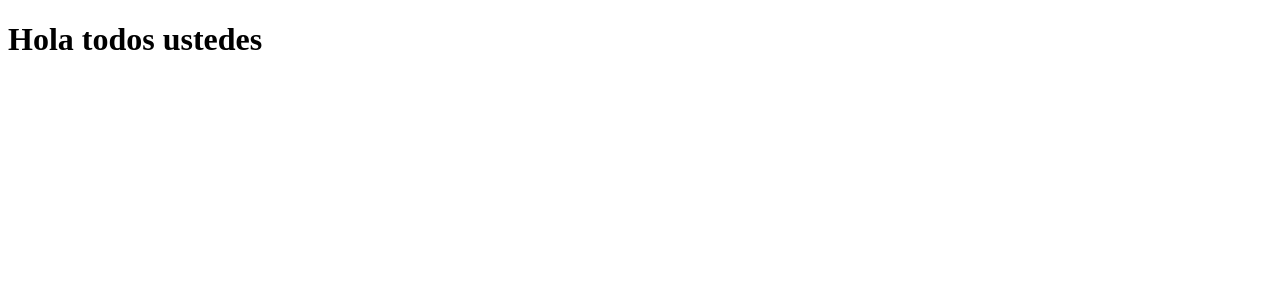
Repository: Jhvl87/MyWeb
Page: web.html
These files come from the project's save history. The page is drawn as it stood at one moment and after the next save; the edit follows.
The browser window is 1280 px wide. The pictures show the whole page.

Above is the page before, as saved 2023-11-23 20:23:51.

After the next save:
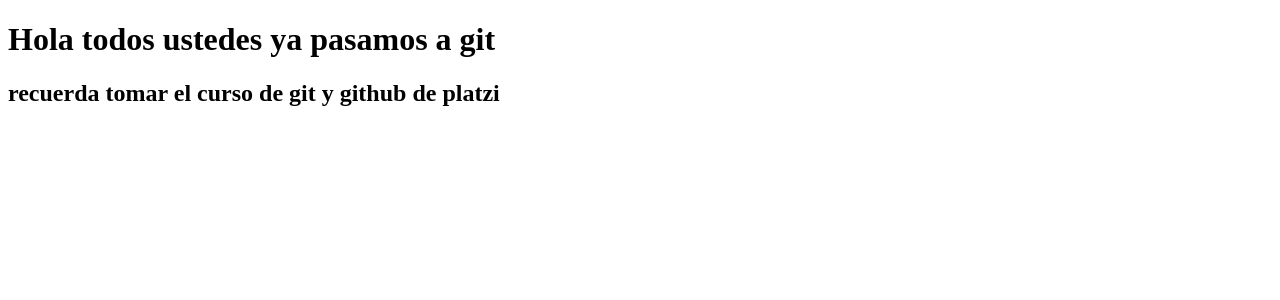
Saved 4 h 23 min later.
--- a/web.html
+++ b/web.html
@@ -2,10 +2,15 @@
 <html>
     <head>
         <title> Myweb </title>
-        <bldy>
+        <body>
             <div>
-                <h1> Hola todos ustedes </h1>
+                <h1>
+                     Hola todos ustedes ya pasamos a git
+                </h1>
+                <h2>
+                    recuerda tomar el curso de git y github de platzi
+                </h2>
             </div>
-        </bldy>
+        </body>
     </head>
 </html>
